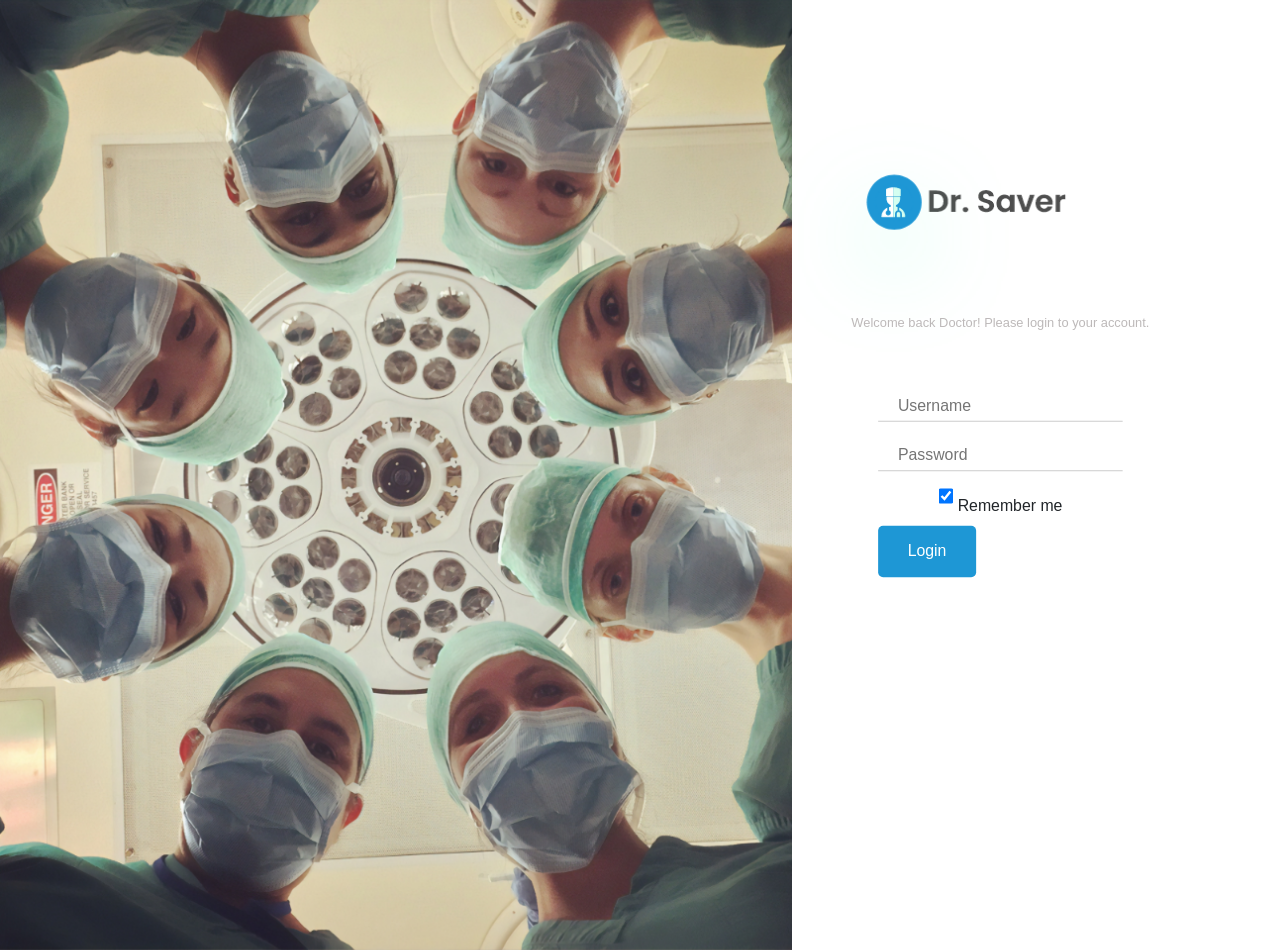
Repository: nsra/hadeel_doctor_system
Page: doctor/Dlogin.html
An editor plug-in stored every save of this project. The page is shown before and after the next save, followed by the edit.
The browser window is 1280 px wide. The page is 1295 px wide, so the pictures cover 1295 px, including what lies to the right of the window. The pictures show the whole page, at 99% of full size.
Some web fonts or font styles are not loaded; a fallback is used. Some web libraries are served in a nearby version.

Above is the page before, as saved 2022-03-29 16:52:52.

After the next save:
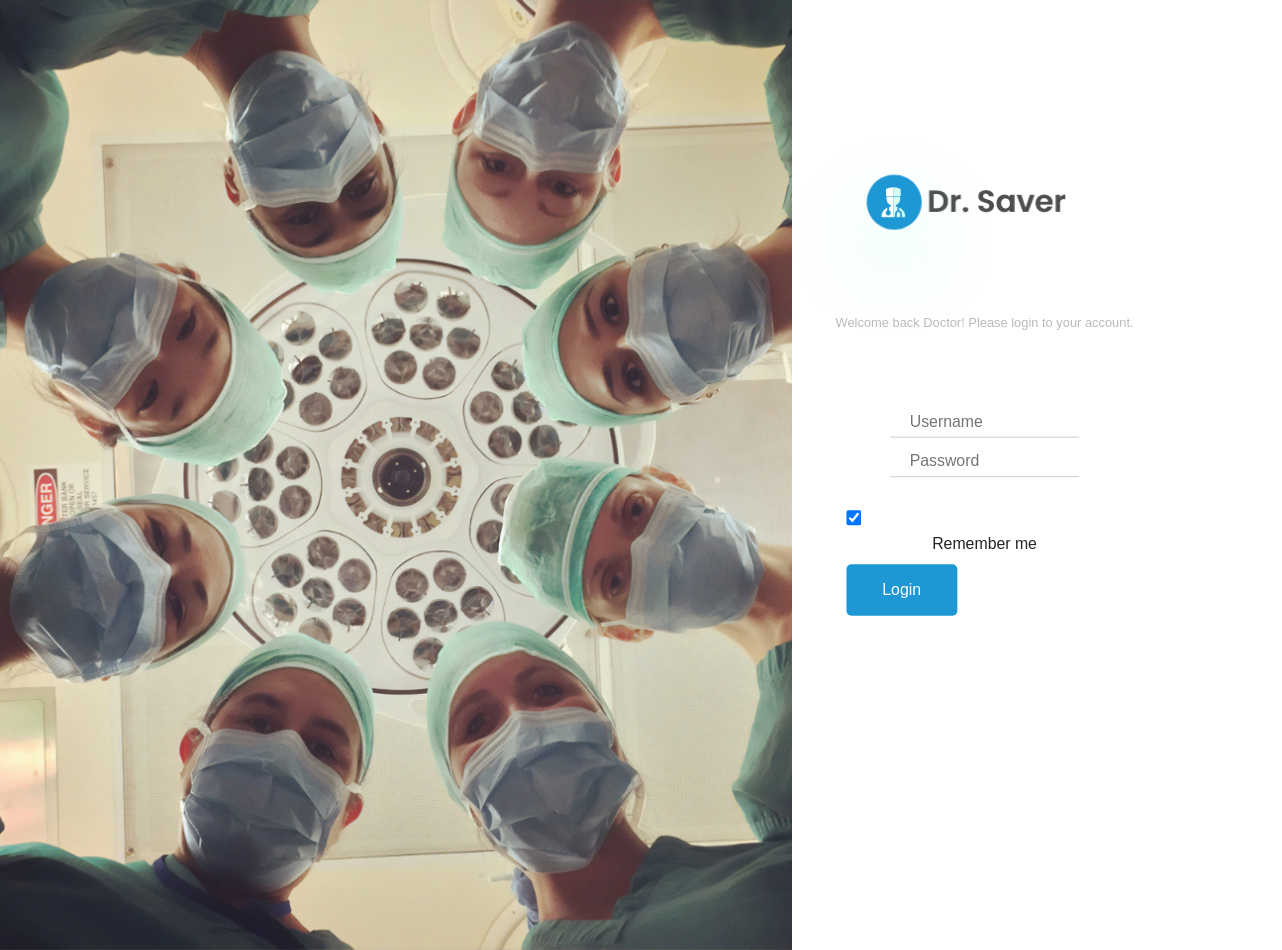
Saved 25 s later.
--- a/doctor/Dlogin.html
+++ b/doctor/Dlogin.html
@@ -29,15 +29,17 @@
           <form action="action_page.php" method="post">
 
 
+            <div class="container">
+
               <input type="text" placeholder="Username" name="uname" required>
 
 
               <input type="password" placeholder="Password" name="psw" required>
 
-        <div class="col-12">
-            <input type="checkbox" checked="checked" style="width:15px;" name="remember"> Remember me
+
             </div>
-            <button type="submit">Login</button>
+            <input type="checkbox" checked="checked" style="width:15px; " name="remember"> Remember me
+              <button type="submit">Login</button>
 
 
           </form>
